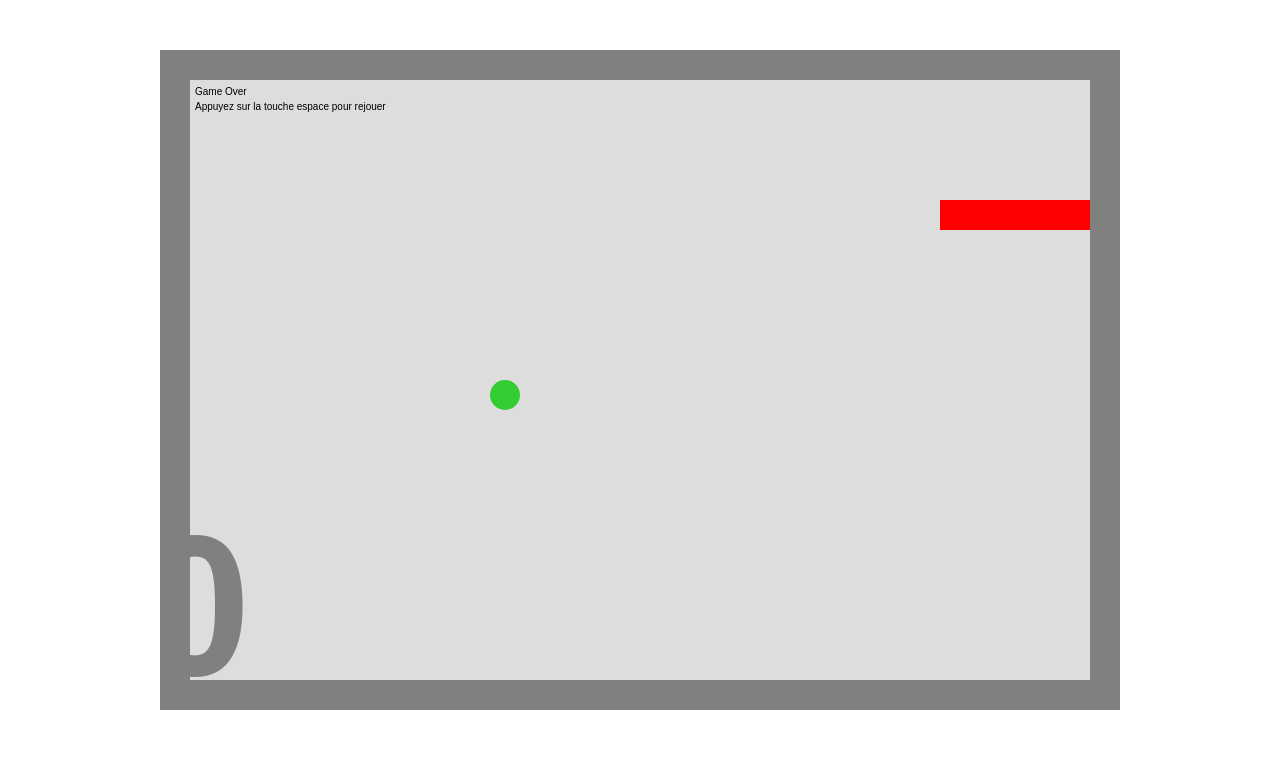
Repository: Loetitia27006/snake
Page: index.html
The author's editor kept a copy of each file at every save. The page is drawn from the files as they stood at one save, then again after the next save.
The browser window is 1280 px wide. The pictures show the whole page.

Above is the page before, as saved 2023-03-24 16:28:00.

After the next save:
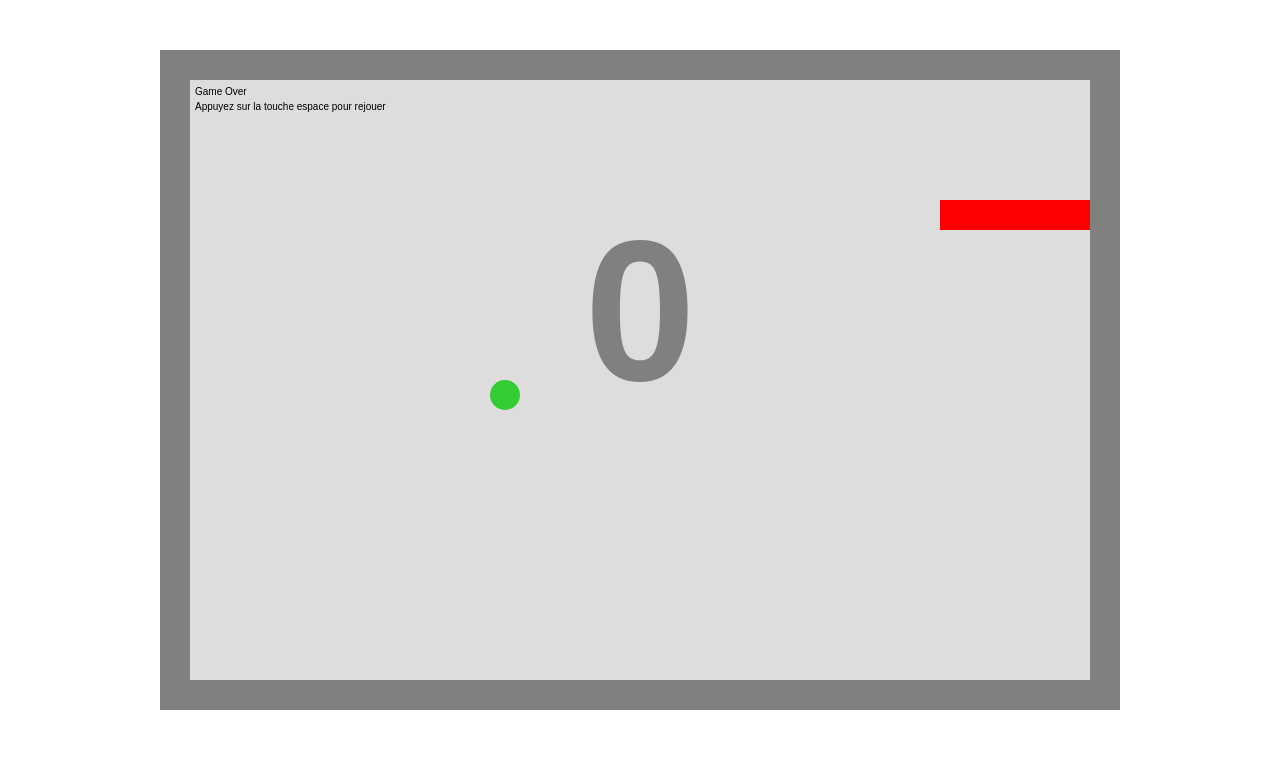
Saved 89 s later.
--- a/script.js
+++ b/script.js
@@ -76,8 +76,10 @@ window.onload = function () {
     ctx.font = "bold 200px sans-serif";
     ctx.fillStyle = "gray";
     ctx.textAlign = "center";
-
-    ctx.fillText(score.toString(), 5, canvasHeight -5);
+    var centreX = canvasWidth/2;
+    var centreY = canvasHeight/2;
+
+    ctx.fillText(score.toString(), centreX, centreY);
     ctx.restore();
   }
 
